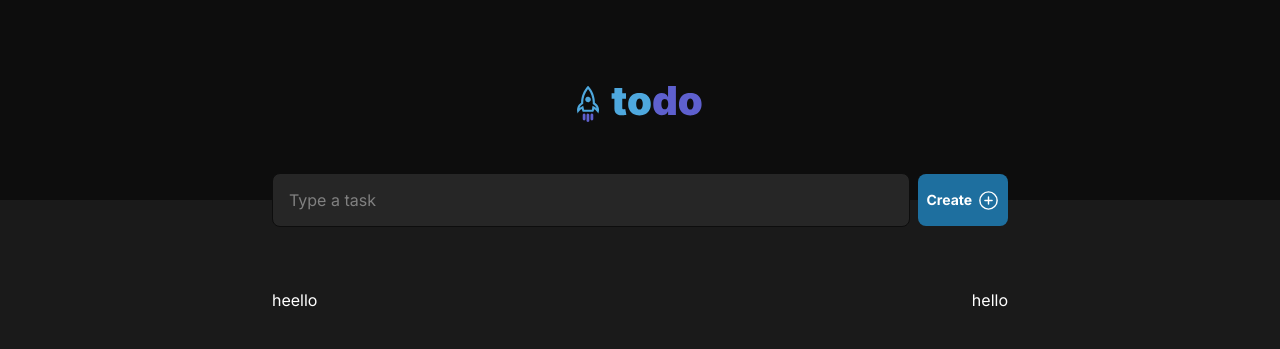
Repository: JoseGu1llardi/to-do-list-D01
Page: /
These files come from the project's save history. The page is drawn as it stood at one moment and after the next save; the edit follows.
The browser window is 1280 px wide. The pictures show the whole page.
The project was rebuilt for these pictures with package versions that can differ from the ones it lists, and the page was loaded fresh each time. Also part of the build but not shown: vite.config.ts.

Above is the page before, as saved 2023-03-11 14:09:24.

After the next save:
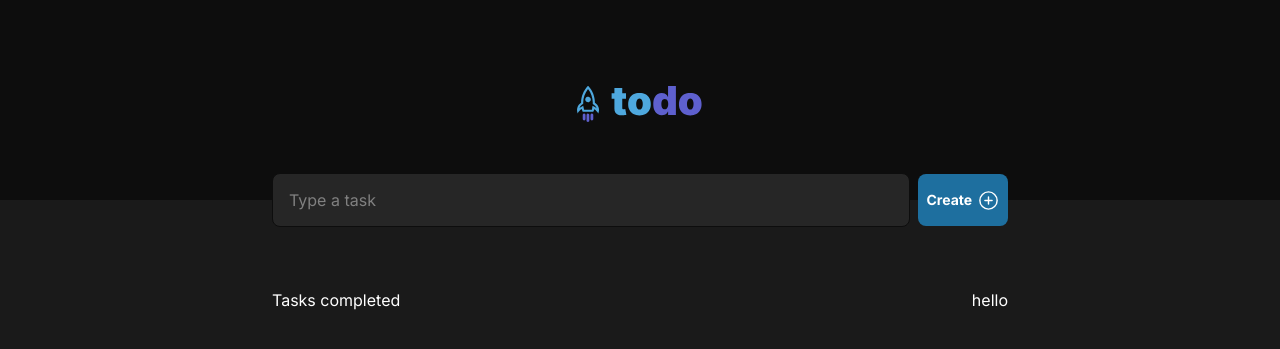
Saved 2 min 52 s later.
--- a/src/components/Tasks/index.tsx
+++ b/src/components/Tasks/index.tsx
@@ -4,7 +4,9 @@
     return (
         <>
             <div className={styles.info}>
-                <div>heello</div>
+                <div>
+                    <span>Tasks completed</span>
+                </div>
                 <div>hello</div>
             </div>
         </>
